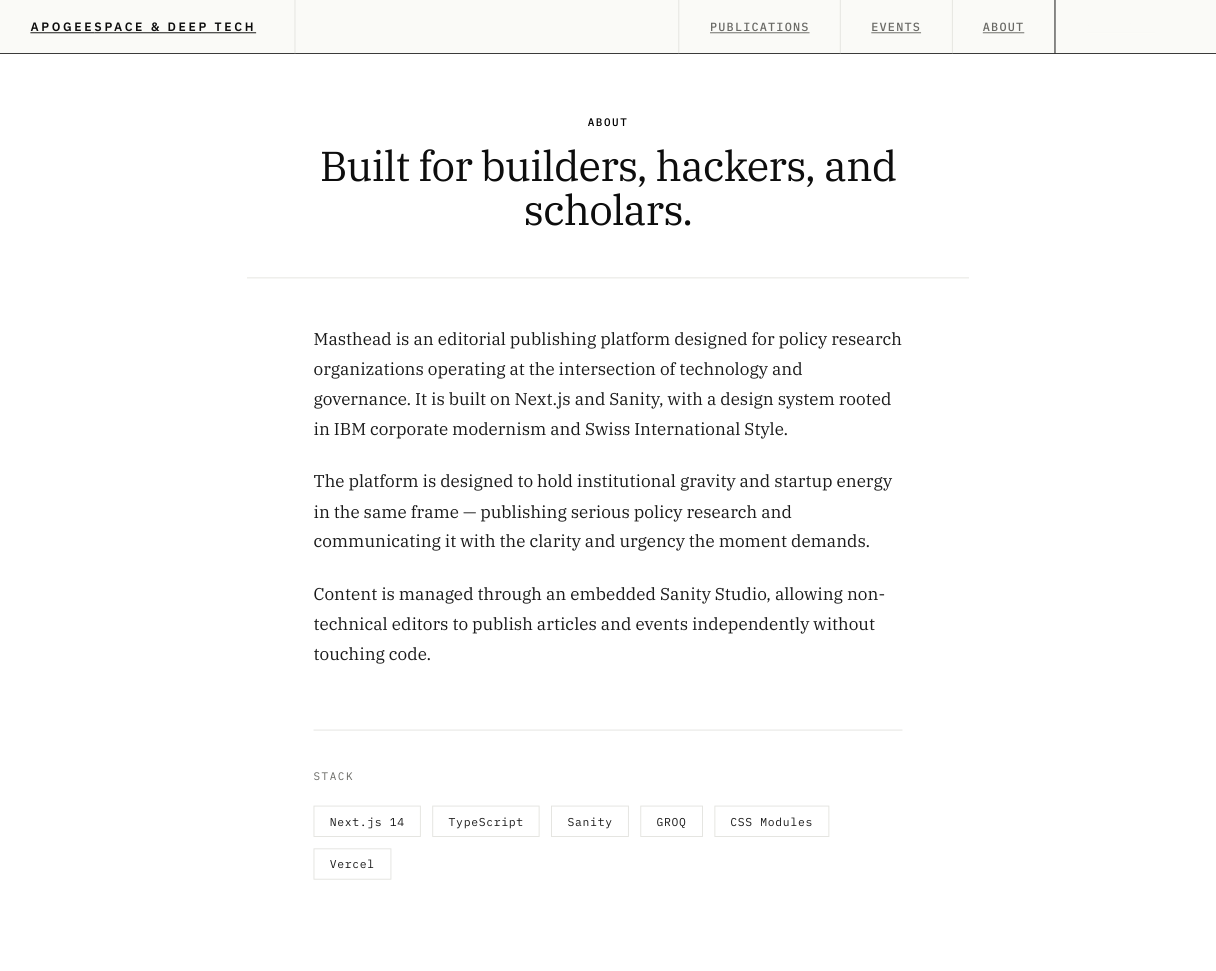
Repository: aricmoore/apogee
Page: /about
These files come from the project's save history. The page is drawn as it stood at one moment and after the next save; the edit follows.
The browser window is 1280 px wide. The pictures show the whole page, at 95% of full size.
The project was rebuilt for these pictures with package versions that can differ from the ones it lists, and the page was loaded fresh each time. The framework's server and built-in components were replaced by stand-ins that run in the browser. Also part of the build but not shown: next.config.ts.

Above is the page before, as saved 2026-04-12 19:17:20.

### src/app/layout.tsx
import type { Metadata } from "next";
import { Geist, Geist_Mono } from "next/font/google";
import "./globals.css";
import '@/app/globals.css'
import Nav from '@/components/Nav'
import Footer from '@/components/Footer'

const geistSans = Geist({
  variable: "--font-geist-sans",
  subsets: ["latin"],
});

const geistMono = Geist_Mono({
  variable: "--font-geist-mono",
  subsets: ["latin"],
});

export const metadata: Metadata = {
  title: 'Masthead',
  description: 'Editorial publishing platform',
}

export default function RootLayout({ children }: { children: React.ReactNode }) {
  return (
    <html lang="en">
      <body>
        <Nav />
        <main>{children}</main>
      </body>
    </html>
  )
}

### src/app/about/page.tsx
import styles from './page.module.css'

export default function AboutPage() {
  return (
    <div className={styles.page}>
      <div className="container">
        <div className={styles.header}>
          <span className={styles.label}>About</span>
          <h1 className={styles.title}>Built for builders, hackers, and scholars.</h1>
        </div>
        <div className={styles.body}>
          <p>Masthead is an editorial publishing platform designed for policy research organizations operating at the intersection of technology and governance. It is built on Next.js and Sanity, with a design system rooted in IBM corporate modernism and Swiss International Style.</p>
          <p>The platform is designed to hold institutional gravity and startup energy in the same frame — publishing serious policy research and communicating it with the clarity and urgency the moment demands.</p>
          <p>Content is managed through an embedded Sanity Studio, allowing non-technical editors to publish articles and events independently without touching code.</p>
        </div>
        <div className={styles.stack}>
          <span className={styles.stackLabel}>Stack</span>
          <div className={styles.stackGrid}>
            {['Next.js 14', 'TypeScript', 'Sanity', 'GROQ', 'CSS Modules', 'Vercel'].map(item => (
              <div key={item} className={styles.stackItem}>{item}</div>
            ))}
          </div>
        </div>
      </div>
    </div>
  )
}

### src/app/globals.css
@import url('https://fonts.googleapis.com/css2?family=IBM+Plex+Serif:ital,wght@0,400;0,500;1,400&family=IBM+Plex+Mono:wght@400;500&family=IBM+Plex+Sans:wght@300;400;500;600&display=swap');

:root {
  /* Apogee palette */
  --amber:   #D4820A;
  --amber-light: #F0A830;
  --black:   #0D0D0D;
  --white:   #FAFAF7;
  --stone:   #C8C8C4;
  --ink:     #1A1A1A;
  --muted:   #6A6A66;
  --faint:   #E4E4E0;
  --bg:      #FAFAF7;
  --accent:  #D4820A;

  --font-serif:   'IBM Plex Serif', Georgia, serif;
  --font-mono:    'IBM Plex Mono', 'Courier New', monospace;
  --font-sans:    'IBM Plex Sans', system-ui, sans-serif;

  --text-xs:   0.75rem;
  --text-sm:   0.875rem;
  --text-base: 1rem;
  --text-lg:   1.125rem;
  --text-xl:   1.25rem;
  --text-2xl:  1.5rem;
  --text-3xl:  2rem;
  --text-4xl:  2.75rem;
  --text-5xl:  3.5rem;
  --text-6xl:  5rem;

  --space-1:  0.25rem;
  --space-2:  0.5rem;
  --space-3:  0.75rem;
  --space-4:  1rem;
  --space-5:  1.25rem;
  --space-6:  1.5rem;
  --space-8:  2rem;
  --space-10: 2.5rem;
  --space-12: 3rem;
  --space-16: 4rem;
  --space-20: 5rem;
  --space-24: 6rem;

  --max-w:         1280px;
  --leading-tight: 1.05;
  --leading-snug:  1.3;
  --leading-body:  1.7;
  --measure:       66ch;
  --ease:          cubic-bezier(0.16, 1, 0.3, 1);
}

*, *::before, *::after { box-sizing: border-box; margin: 0; padding: 0; }

### src/components/Nav.tsx
import Link from 'next/link'
import styles from './Nav.module.css'

export default function Nav() {
  return (
    <header className={styles.header}>
      <div className={styles.inner}>
        <Link href="/" className={styles.wordmark}>
          Apogee
          <span className={styles.tagline}>Space & Deep Tech</span>
        </Link>
        <nav className={styles.links} aria-label="Main navigation">
          <Link href="/" className={styles.link}>Publications</Link>
          <Link href="/events" className={styles.link}>Events</Link>
          <Link href="/about" className={styles.link}>About</Link>
          <Link href="/studio" className={styles.studio}>Studio ↗</Link>
        </nav>
      </div>
    </header>
  )
}

### src/app/about/page.module.css
.page {
  padding: var(--space-16) 0 var(--space-24);
}

.header {
  max-width: 760px;
  margin: 0 auto var(--space-12);
  text-align: center;
  padding-bottom: var(--space-12);
  border-bottom: 1px solid var(--faint);
}

.label {
  font-family: var(--font-mono);
  font-size: 0.72rem;
  font-weight: 500;
  letter-spacing: 0.14em;
  text-transform: uppercase;
  color: var(--orange);
  display: block;
  margin-bottom: var(--space-4);
}

.title {
  font-family: var(--font-serif);
  font-size: var(--text-4xl);
  font-weight: 400;
  line-height: var(--leading-tight);
  letter-spacing: -0.02em;
  color: var(--black);
}

.body {
  max-width: 620px;
  margin: 0 auto var(--space-16);
  font-family: var(--font-serif);
  font-size: var(--text-lg);
  line-height: 1.75;
  color: var(--ink);
}

.body p {
  margin-bottom: var(--space-6);
}

.stack {
  max-width: 620px;
  margin: 0 auto;
  padding-top: var(--space-10);
  border-top: 1px solid var(--faint);
}

.stackLabel {
  font-family: var(--font-mono);
  font-size: 0.72rem;
  letter-spacing: 0.14em;
  text-transform: uppercase;
  color: var(--muted);
  display: block;
  margin-bottom: var(--space-6);
}

.stackGrid {
  display: flex;
  flex-wrap: wrap;
  gap: var(--space-3);
}

.stackItem {
  font-family: var(--font-mono);
  font-size: 0.75rem;
  letter-spacing: 0.06em;
  color: var(--ink);
  border: 1px solid var(--faint);
  padding: var(--space-2) var(--space-4);
  transition: border-color 0.15s, color 0.15s;
}

.stackItem:hover {
  border-color: var(--orange);
  color: var(--orange);
}

### src/components/Nav.module.css
.header {
  position: sticky;
  top: 0;
  z-index: 100;
  background: var(--white);
  border-bottom: 1px solid var(--black);
}

.inner {
  display: flex;
  align-items: stretch;
  justify-content: space-between;
  min-height: 56px;
  max-width: var(--max-w);
  margin: 0 auto;
  padding: 0 var(--space-8);
}

.wordmark {
  display: flex;
  align-items: center;
  font-family: var(--font-sans);
  font-size: 0.8rem;
  font-weight: 600;
  letter-spacing: 0.22em;
  text-transform: uppercase;
  color: var(--black);
  padding-right: var(--space-10);
  border-right: 1px solid var(--faint);
  transition: color 0.15s;
}

.wordmark:hover { color: var(--orange); }

.links {
  display: flex;
  align-items: stretch;
  gap: 0;
}

.link {
  display: flex;
  align-items: center;
  font-family: var(--font-mono);
  font-size: 0.78rem;
  font-weight: 500;
  letter-spacing: 0.1em;
  text-transform: uppercase;
  color: var(--muted);
  padding: 0 var(--space-8);
  border-left: 1px solid var(--faint);
  transition: color 0.15s;
  white-space: nowrap;
}

.link:hover { color: var(--orange); }

.studio {
  display: flex;
  align-items: center;
  font-family: var(--font-mono);
  font-size: 0.78rem;
  font-weight: 500;
  letter-spacing: 0.1em;
  text-transform: uppercase;
  color: var(--white);
  background: var(--orange);
  padding: 0 var(--space-8);
  border-left: 1px solid var(--black);
  transition: background 0.15s;
  white-space: nowrap;
}

.studio:hover { background: var(--black); }

After the next save:
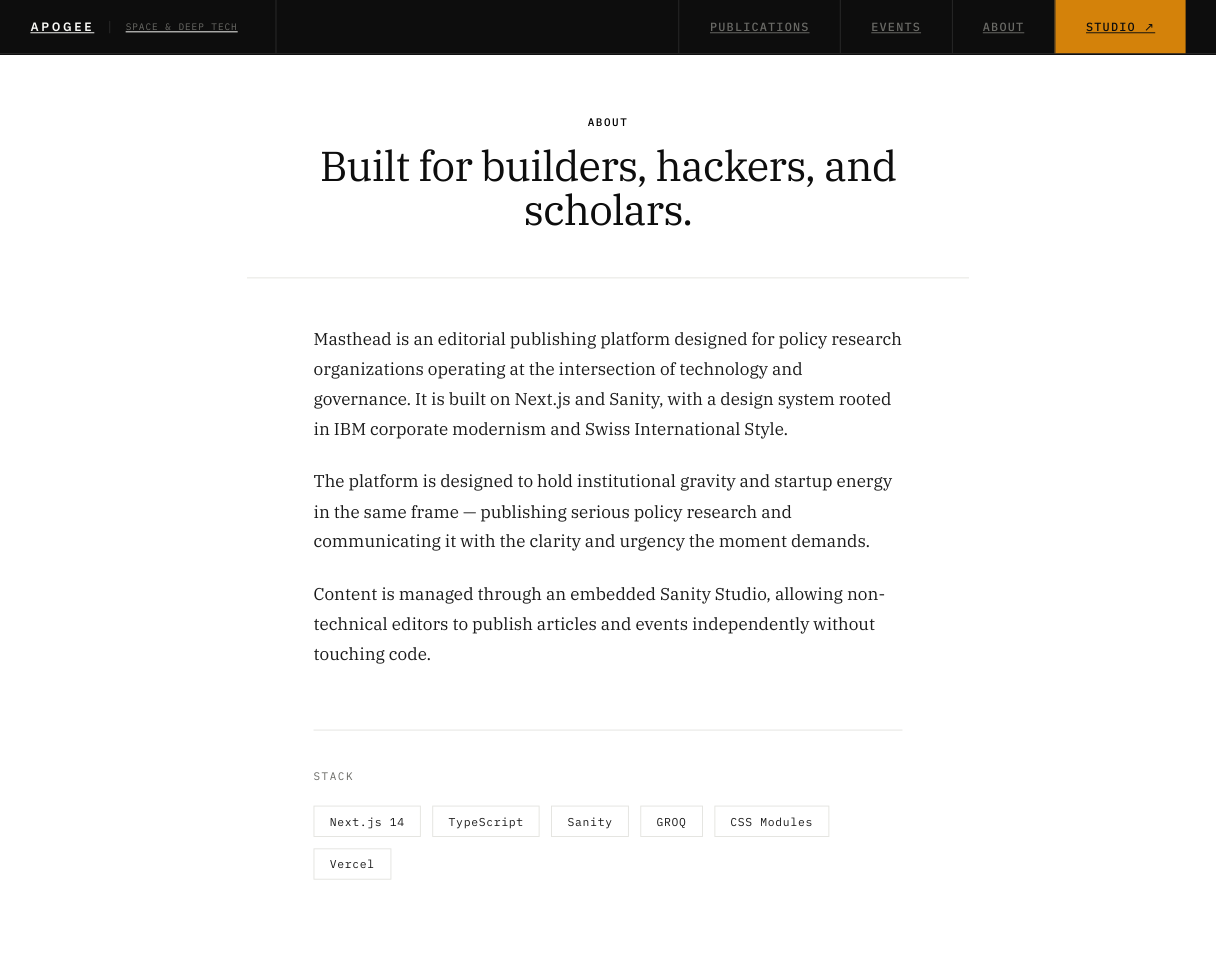
Saved 9 s later.
--- a/src/components/Nav.module.css
+++ b/src/components/Nav.module.css
@@ -2,8 +2,8 @@
   position: sticky;
   top: 0;
   z-index: 100;
-  background: var(--white);
-  border-bottom: 1px solid var(--black);
+  background: var(--black);
+  border-bottom: 1px solid #2a2a2a;
 }
 
 .inner {
@@ -19,23 +19,34 @@
 .wordmark {
   display: flex;
   align-items: center;
+  gap: var(--space-4);
   font-family: var(--font-sans);
   font-size: 0.8rem;
   font-weight: 600;
   letter-spacing: 0.22em;
   text-transform: uppercase;
-  color: var(--black);
+  color: var(--white);
   padding-right: var(--space-10);
-  border-right: 1px solid var(--faint);
+  border-right: 1px solid #2a2a2a;
   transition: color 0.15s;
 }
 
-.wordmark:hover { color: var(--orange); }
+.wordmark:hover { color: var(--amber-light); }
+
+.tagline {
+  font-family: var(--font-mono);
+  font-size: 0.62rem;
+  font-weight: 400;
+  letter-spacing: 0.1em;
+  text-transform: uppercase;
+  color: var(--muted);
+  padding-left: var(--space-4);
+  border-left: 1px solid #2a2a2a;
+}
 
 .links {
   display: flex;
   align-items: stretch;
-  gap: 0;
 }
 
 .link {
@@ -48,12 +59,12 @@
   text-transform: uppercase;
   color: var(--muted);
   padding: 0 var(--space-8);
-  border-left: 1px solid var(--faint);
+  border-left: 1px solid #2a2a2a;
   transition: color 0.15s;
   white-space: nowrap;
 }
 
-.link:hover { color: var(--orange); }
+.link:hover { color: var(--amber-light); }
 
 .studio {
   display: flex;
@@ -63,12 +74,12 @@
   font-weight: 500;
   letter-spacing: 0.1em;
   text-transform: uppercase;
-  color: var(--white);
-  background: var(--orange);
+  color: var(--black);
+  background: var(--amber);
   padding: 0 var(--space-8);
-  border-left: 1px solid var(--black);
+  border-left: 1px solid #2a2a2a;
   transition: background 0.15s;
   white-space: nowrap;
 }
 
-.studio:hover { background: var(--black); }
+.studio:hover { background: var(--amber-light); }
